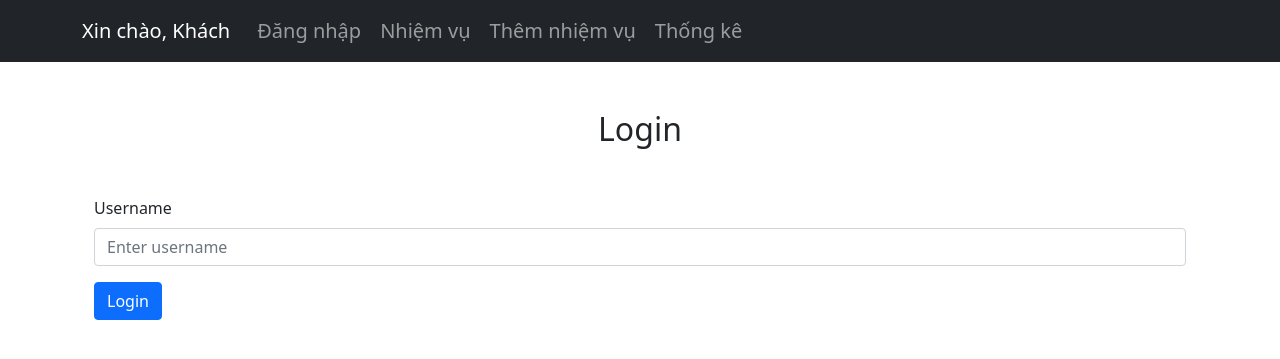
Repository: Lemon-ooo/PersonalTaskManager
Page: /login
These files come from the project's save history. The page is drawn as it stood at one moment and after the next save; the edit follows.
The browser window is 1280 px wide. The pictures show the whole page.
The project was rebuilt for these pictures with package versions that can differ from the ones it lists, and the page was loaded fresh each time. Also part of the build but not shown: vite.config.ts, src/services/task.ts, src/hooks/useTask.ts, src/page/TaskList.tsx, src/components/TaskForm.tsx, src/page/TaskAdd.tsx, src/page/TaskEdit.tsx, src/page/TaskStatistics.tsx.

Above is the page before, as saved 2025-07-27 05:09:53.

### index.html
<!DOCTYPE html>
<html lang="en">
  <head>
    <meta charset="UTF-8" />
    <link rel="icon" type="image/svg+xml" href="/vite.svg" />
    <meta name="viewport" content="width=device-width, initial-scale=1.0" />
    <title></title>
    <link
      href="https://cdn.jsdelivr.net/npm/bootstrap@5.0.2/dist/css/bootstrap.min.css"
      rel="stylesheet"
      integrity="sha384-EVSTQN3/azprG1Anm3QDgpJLIm9Nao0Yz1ztcQTwFspd3yD65VohhpuuCOmLASjC"
      crossorigin="anonymous"
    />
  </head>
  <body>
    <div id="root"></div>
    <script type="module" src="/src/main.tsx"></script>
  </body>
</html>

### src/App.tsx
import { Toaster } from "react-hot-toast";
import { Link, useRoutes } from "react-router-dom";
import TaskList from "./page/TaskList";
import Login from "./page/Login";
import TaskAdd from "./page/TaskAdd";
import TaskEdit from "./page/TaskEdit";
import TaskStatistics from "./page/TaskStatistics";

function App() {
  const routes = useRoutes([
    { path: "/", element: <TaskList /> },
    { path: "login", element: <Login /> },
    { path: "tasks/list", element: <TaskList /> },
    { path: "tasks/add", element: <TaskAdd /> },
    { path: "tasks/edit/:id", element: <TaskEdit /> },
    { path: "tasks/statistics", element: <TaskStatistics /> },
  ]);
  return (
    <>
      <nav className="navbar navbar-dark bg-dark navbar-expand-lg">
        <div className="container" style={{ gap: 3, fontSize: 20 }}>
          <span className="navbar-brand">
            {(() => {
              const stored = localStorage.getItem("user");
              const user = stored ? JSON.parse(stored) : null;
              return `Xin chào, ${user?.username || "Khách"}`;
            })()}
          </span>

          <div className="collapse navbar-collapse" id="navbarNav">
            <ul
              className="navbar-nav me-auto mb-2 mb-lg-0"
              style={{ gap: 3, fontSize: 20 }}
            >
              <li className="nav-item">
                <Link className="nav-link" to="/login">
                  Đăng nhập
                </Link>
              </li>
              <li className="nav-item">
                <Link className="nav-link" to="/tasks/list">
                  Nhiệm vụ
                </Link>
              </li>
              <li className="nav-item">
                <Link className="nav-link" to="/tasks/add">
                  Thêm nhiệm vụ
                </Link>
              </li>

              <li className="nav-item">
                <Link className="nav-link" to="tasks/statistics">
                  Thống kê
                </Link>
              </li>
            </ul>
          </div>
        </div>
      </nav>
      <div className="container">{routes}</div>
      <Toaster />
    </>
  );
}

export default App;

### src/page/Login.tsx
import React from "react";
import AuthForm from "../components/AuthForm";
import { useAuth } from "../hooks/useAuth";
import { User } from "../services/auth";

export default function LoginPage() {
  const { handleLogin } = useAuth();

  const onSubmit = (data: User) => {
    handleLogin(data);
    localStorage.setItem("username", "Tên người dùng đăng nhập");
  };

  return (
    <div className="mt-5">
      <h2 className="text-center">Login</h2>
      <AuthForm onSubmit={onSubmit} />
    </div>
  );
}

### src/components/AuthForm.tsx
import React from "react";
import { useForm } from "react-hook-form";
import { User } from "../services/auth";

type Props = {
  onSubmit: (data: User) => void;
};

export default function AuthForm({ onSubmit }: Props) {
  const { register, handleSubmit } = useForm<User>();

  return (
    <form onSubmit={handleSubmit(onSubmit)} className="container mt-5">
      <div className="mb-3">
        <label htmlFor="username" className="form-label">
          Username
        </label>
        <input
          type="text"
          id="username"
          className="form-control"
          placeholder="Enter username"
          {...register("username", { required: true })}
        />
      </div>

      <button type="submit" className="btn btn-primary">
        Login
      </button>
    </form>
  );
}

### src/hooks/useAuth.ts
import { User } from "../services/auth";
import toast from "react-hot-toast";
import { useNavigate } from "react-router-dom";

export function useAuth() {
  const nav = useNavigate();

  function handleLogin(user: User) {
    localStorage.setItem("user", JSON.stringify(user));
    toast.success("Login successful");
    nav("/");
  }

  function handleLogout() {
    localStorage.removeItem("user");
    toast.success("Logged out");
    nav("/login");
  }

  function getCurrentUser(): User | null {
    const stored = localStorage.getItem("user");
    return stored ? JSON.parse(stored) : null;
  }

  return {
    handleLogin,
    handleLogout,
    getCurrentUser,
  };
}

Loaded but not shown: src/main.tsx (common file); src/index.css (no stored copy; drawn as an empty file)

After the next save:
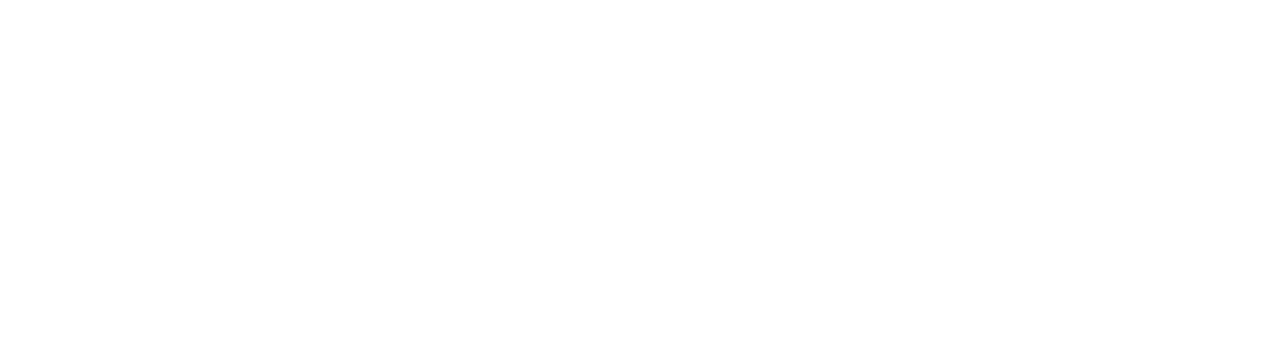
Console error: ReferenceError: errors is not defined
Saved 4 min 16 s later.
--- a/src/components/AuthForm.tsx
+++ b/src/components/AuthForm.tsx
@@ -22,6 +22,9 @@
           placeholder="Enter username"
           {...register("username", { required: true })}
         />
+        {errors.username && (
+          <div className="invalid-feedback">{errors.username.message}</div>
+        )}
       </div>
 
       <button type="submit" className="btn btn-primary">

After the save that followed:
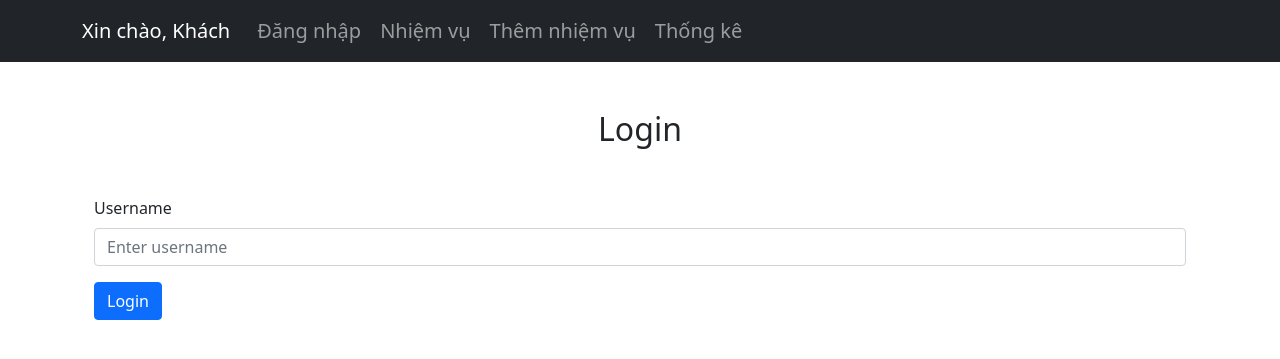
The error is gone.
Saved 20 s later.
--- a/src/components/AuthForm.tsx
+++ b/src/components/AuthForm.tsx
@@ -7,7 +7,11 @@
 };
 
 export default function AuthForm({ onSubmit }: Props) {
-  const { register, handleSubmit } = useForm<User>();
+  const {
+    register,
+    handleSubmit,
+    formState: { errors },
+  } = useForm<User>();
 
   return (
     <form onSubmit={handleSubmit(onSubmit)} className="container mt-5">
